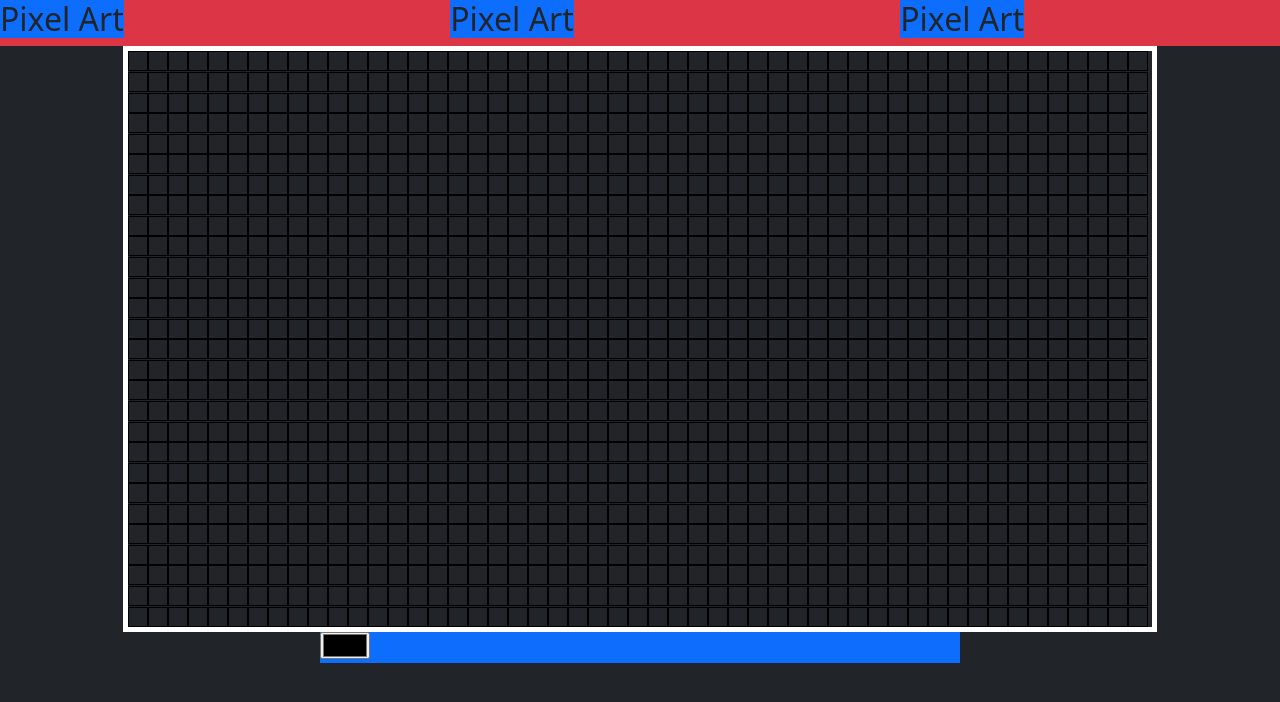
Repository: bechara611/pixelartdb
Page: /
An editor plug-in stored every save of this project. The page is shown before and after the next save, followed by the edit.
The browser window is 1280 px wide. The pictures show the whole page.
The project was rebuilt for these pictures with package versions that can differ from the ones it lists, and the page was loaded fresh each time. Also part of the build but not shown: vite.config.js.

Above is the page before, as saved 2023-03-07 11:50:49.

After the next save:
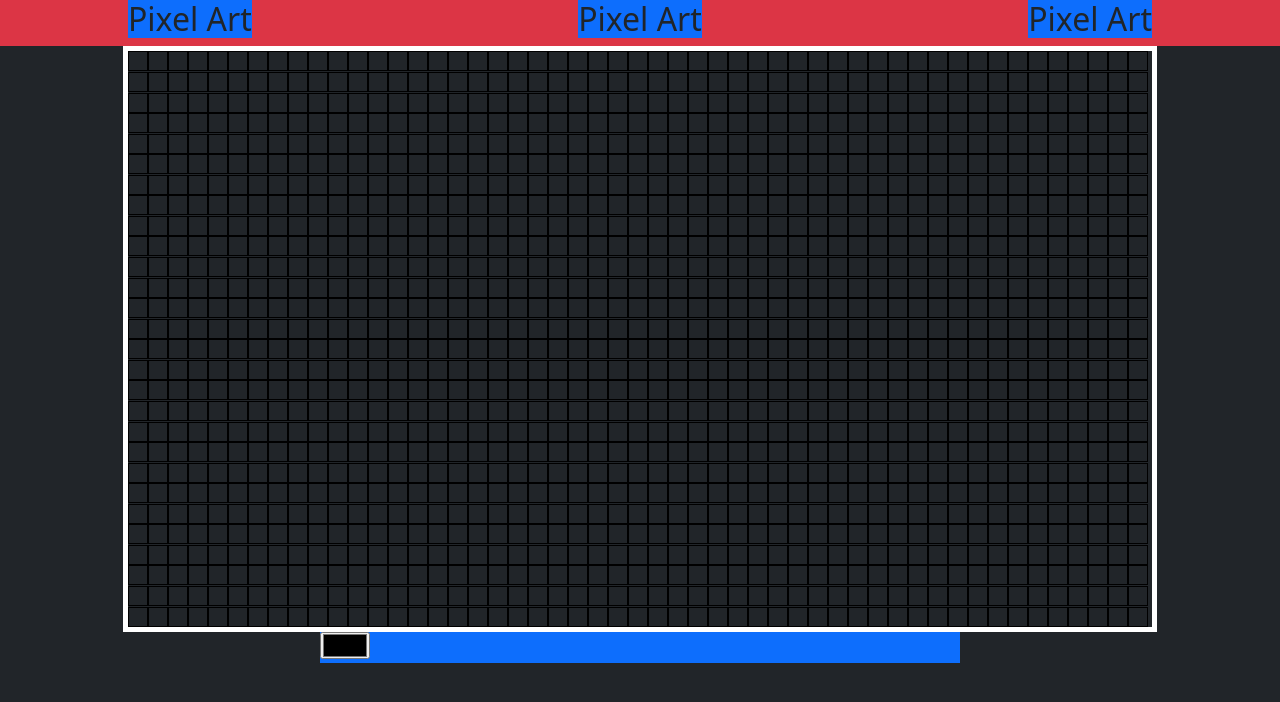
Saved 11 s later.
--- a/src/App.css
+++ b/src/App.css
@@ -23,6 +23,11 @@
   justify-content: space-between;
 
 
+}
+.contenedor-05{
+  display: flex;
+  flex-direction: row;
+  justify-content: center;
 }
 
 .pixel {
